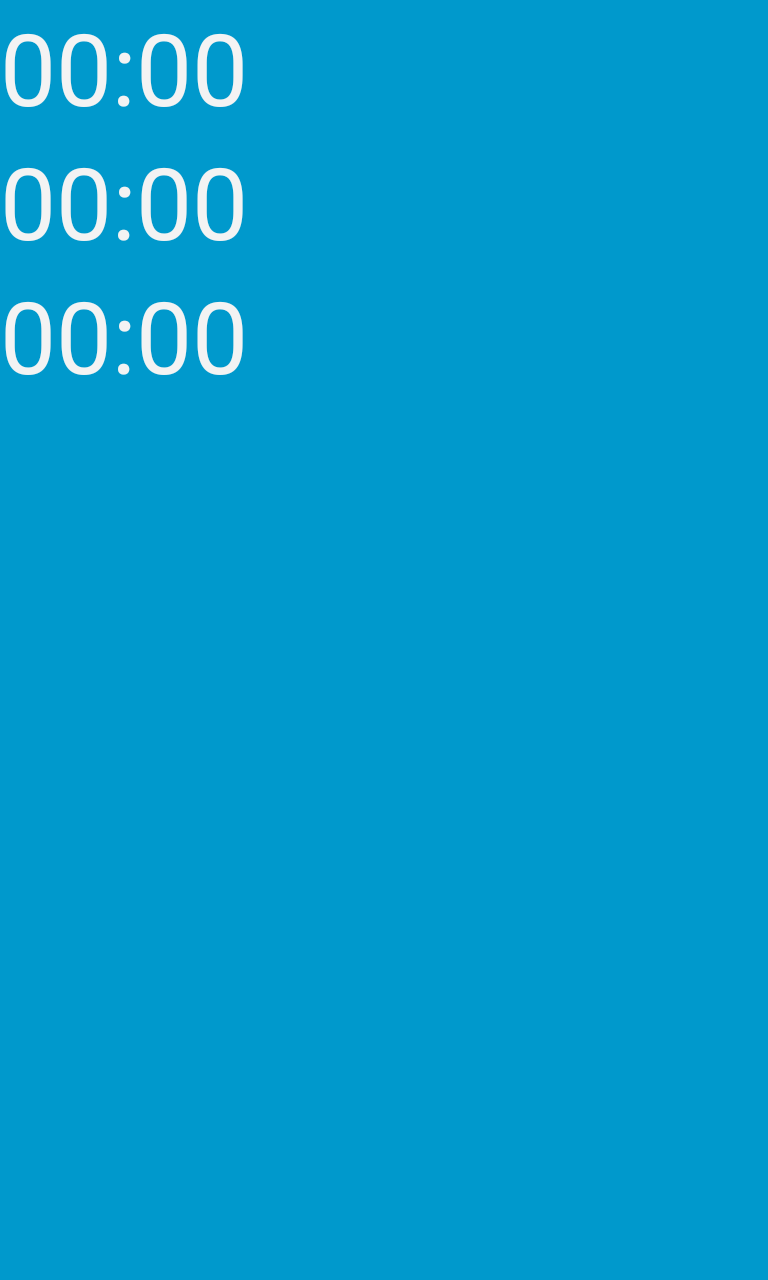
Repository: sebrockm/recuti
Layout: Recuti/res/layout/activity_main.xml
These files come from the project's save history. The layout is drawn as it stood at one moment and after the next save; the edit follows.
It is drawn on a 768 x 1280 px phone screen (xhdpi) without system bars, with theme FullscreenTheme; the app's code is not run.

Above is the layout before, as saved 2014-06-13 00:05:00.

### Recuti/res/layout/activity_main.xml
<FrameLayout xmlns:android="http://schemas.android.com/apk/res/android"
    xmlns:tools="http://schemas.android.com/tools"
    android:layout_width="match_parent"
    android:layout_height="match_parent"
    android:background="#0099cc"
    tools:context=".MainActivity" >

    <!--
         The primary full-screen view. This can be replaced with whatever view
         is needed to present your content, e.g. VideoView, SurfaceView,
         TextureView, etc.
    -->

    <!--
         This FrameLayout insets its children based on system windows using
         android:fitsSystemWindows.
    -->

    <TableLayout
        android:layout_width="match_parent"
        android:layout_height="458dp" >

        <TableRow
            android:id="@+id/tableRow1"
            android:layout_width="wrap_content"
            android:layout_height="wrap_content" >

            <Chronometer
                android:id="@+id/mainChrono"
                android:layout_width="wrap_content"
                android:layout_height="wrap_content"
                android:text="Chronometer"
                android:textSize="50sp" />

        </TableRow>

        <TableRow
            android:id="@+id/tableRow2"
            android:layout_width="wrap_content"
            android:layout_height="wrap_content" >

            <Chronometer
                android:id="@+id/subChrono1"
                android:layout_width="wrap_content"
                android:layout_height="wrap_content"
                android:text="Chronometer"
                android:textSize="50sp" />

        </TableRow>

        <TableRow
            android:id="@+id/tableRow3"
            android:layout_width="wrap_content"
            android:layout_height="wrap_content" >

            <Chronometer
                android:id="@+id/subChrono2"
                android:layout_width="wrap_content"
                android:layout_height="wrap_content"
                android:text="Chronometer"
                android:textSize="50sp" />

        </TableRow>
    </TableLayout>

</FrameLayout>

Loaded but not shown: Recuti/res/values-v11/styles.xml (common file); Recuti/res/values/styles.xml (common file); Recuti/res/values/colors.xml (common file)

After the next save:
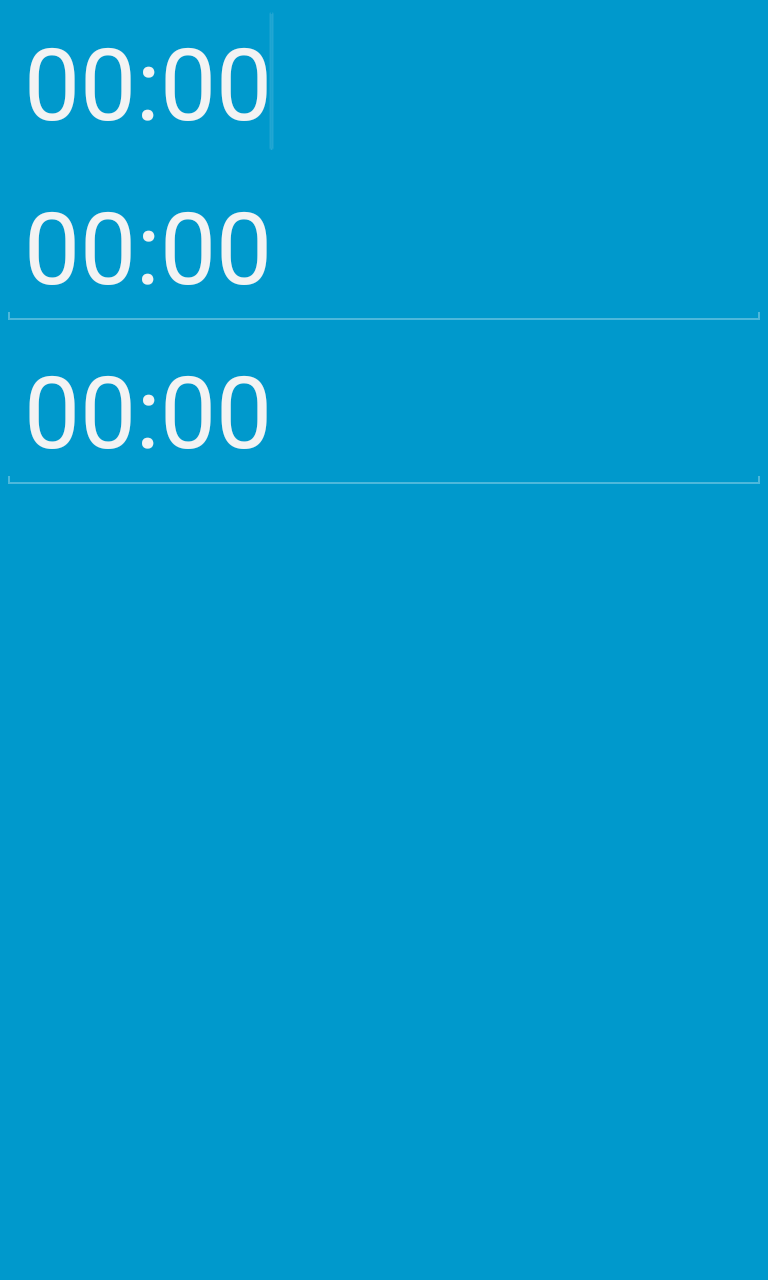
Saved 9 min 4 s later.
--- a/Recuti/res/layout/activity_main.xml
+++ b/Recuti/res/layout/activity_main.xml
@@ -25,12 +25,17 @@
             android:layout_width="wrap_content"
             android:layout_height="wrap_content" >
 
-            <Chronometer
-                android:id="@+id/mainChrono"
+            <EditText
+                android:id="@+id/editText1"
                 android:layout_width="wrap_content"
                 android:layout_height="wrap_content"
-                android:text="Chronometer"
-                android:textSize="50sp" />
+                android:ems="10"
+                android:inputType="time"
+                android:text="00:00"
+                android:textSize="50sp" >
+
+                <requestFocus />
+            </EditText>
 
         </TableRow>
 
@@ -39,11 +44,13 @@
             android:layout_width="wrap_content"
             android:layout_height="wrap_content" >
 
-            <Chronometer
-                android:id="@+id/subChrono1"
+            <EditText
+                android:id="@+id/editText2"
                 android:layout_width="wrap_content"
                 android:layout_height="wrap_content"
-                android:text="Chronometer"
+                android:ems="10"
+                android:inputType="time"
+                android:text="00:00"
                 android:textSize="50sp" />
 
         </TableRow>
@@ -53,11 +60,13 @@
             android:layout_width="wrap_content"
             android:layout_height="wrap_content" >
 
-            <Chronometer
-                android:id="@+id/subChrono2"
+            <EditText
+                android:id="@+id/editText3"
                 android:layout_width="wrap_content"
                 android:layout_height="wrap_content"
-                android:text="Chronometer"
+                android:ems="10"
+                android:inputType="time"
+                android:text="00:00"
                 android:textSize="50sp" />
 
         </TableRow>
